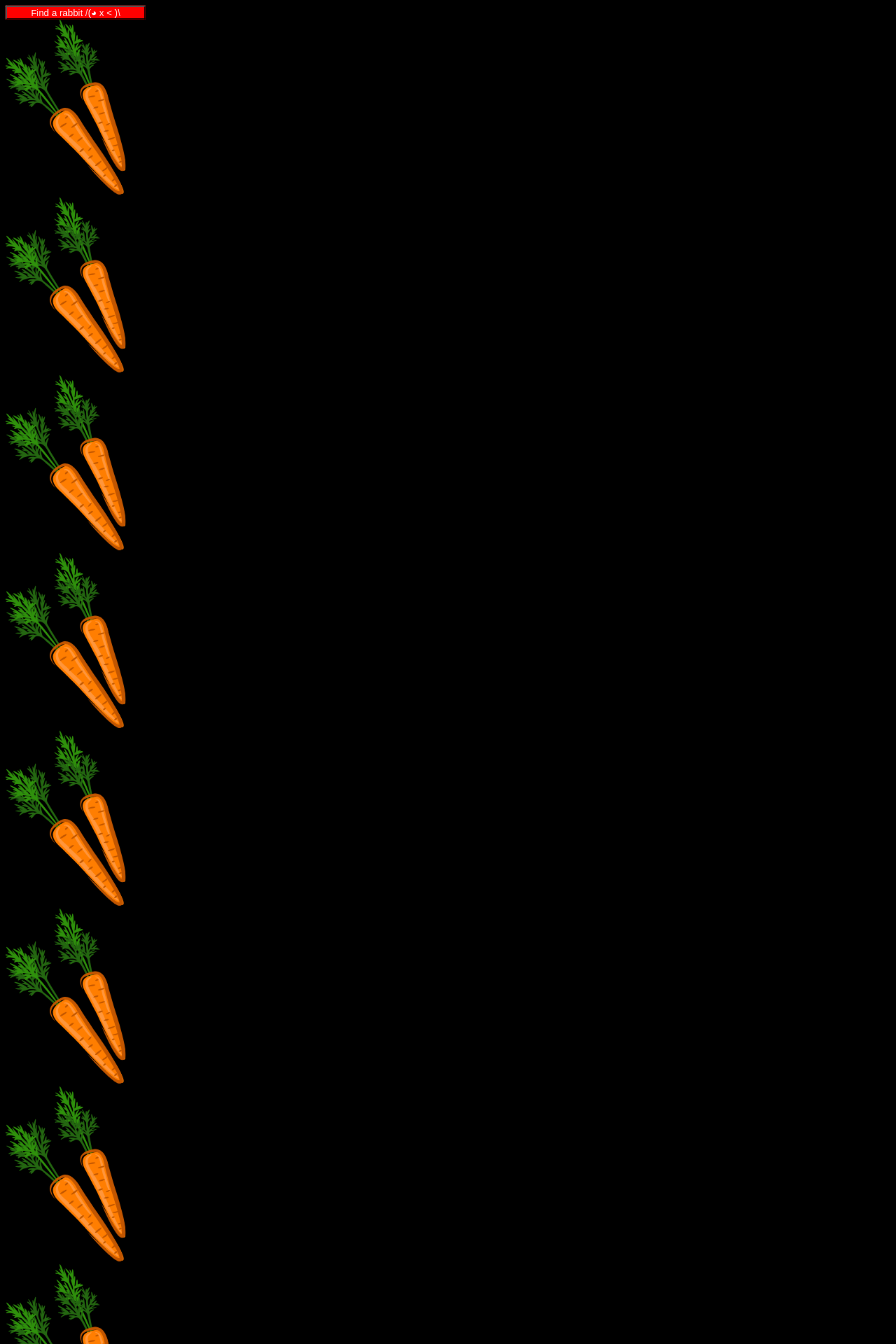
Repository: DongjaJ/Browser
Page: rabbits practice/index.html
An editor plug-in stored every save of this project. The page is shown before and after the next save, followed by the edit.
The browser window is 1280 px wide. The pictures show the part of the page from y = 0 to 1920 px (the page is 3845 px tall), at 70% of full size.

Above is the page before, as saved 2022-09-14 23:02:12.

After the next save:
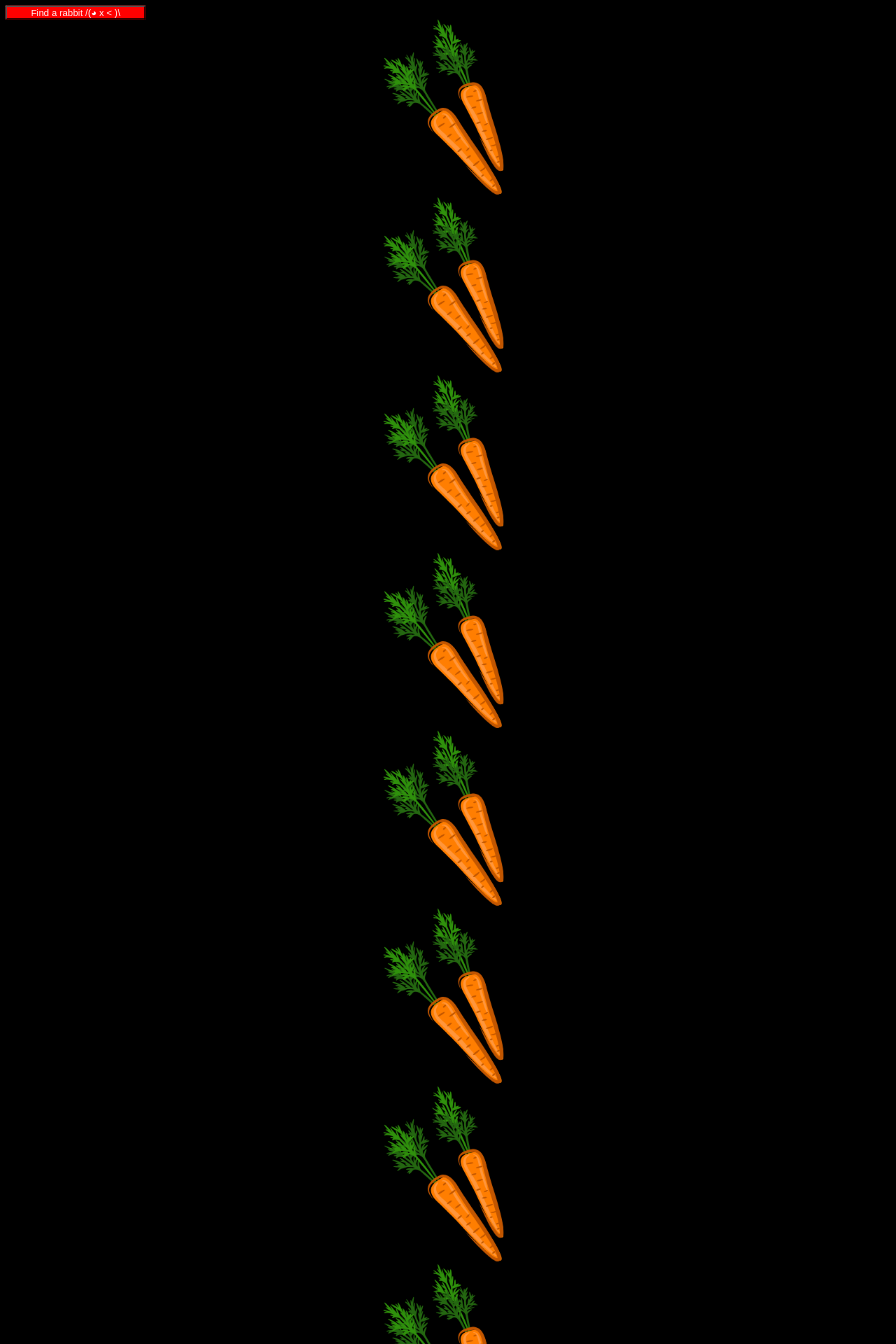
Saved 47 s later.
--- a/rabbits practice/index.html
+++ b/rabbits practice/index.html
@@ -17,8 +17,8 @@
         text-align: center;
       }
       div{
-        display: flexbox;
-        align-items: center;
+        margin: auto;
+        text-align: center;
       }
     </style>
   </head>
